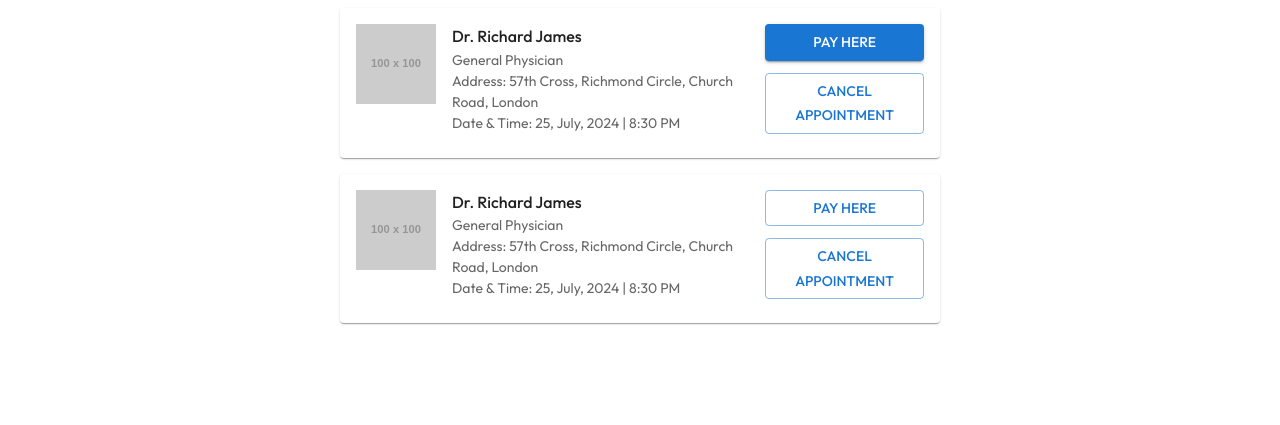
Repository: Ali-Dmerdash/DEPI_GRAD
Page: /
The author's editor kept a copy of each file at every save. The page is drawn from the files as they stood at one save, then again after the next save.
The browser window is 1280 px wide. The pictures show the whole page.
The project was rebuilt for these pictures with package versions that can differ from the ones it lists, and the page was loaded fresh each time. Also part of the build but not shown: vite.config.ts.

Above is the page before, as saved 2024-10-08 20:39:13.

### src/App.tsx
import "./App.css";
import "react-router-dom";
import { library } from "@fortawesome/fontawesome-svg-core";
import { fab } from "@fortawesome/free-brands-svg-icons";
import { fas } from "@fortawesome/free-solid-svg-icons";
import { far } from "@fortawesome/free-regular-svg-icons";
import Myappointment from "./pages/myappointment";

function App() {
  return (
    <>
      <Myappointment />
    </>
  );
}

export default App;
library.add(fab, fas, far);

### src/index.css
@import url("https://fonts.googleapis.com/css2?family=Outfit:wght@100..900&display=swap");

body {
  font-family: "Outfit", sans-serif;
  color: var(--text-color);
}

:root {
  --primary-color: #07456f;
  --secondary-color: #009f9d;
  --text-color: #0f0a3c;
  --card-button-color: #ace6f6;
  --border-color: #adadad;
}

### src/App.css
@import "./App.css";

body {
  color: var(--text-color);
}

### src/pages/myappointment/index.tsx
import React from "react";
import { Box, Card, CardContent, Typography, Button } from "@mui/material";

const MyAppointment: React.FC = () => {
  return (
    <Box sx={{ maxWidth: 600, margin: "0 auto" }}>
      <Card sx={{ marginBottom: 2 }}>
        <CardContent>
          <Box display="flex" alignItems="flex-start">
            <img
              src="https://via.placeholder.com/100"
              alt="Doctor"
              style={{ width: "80px", height: "80px", marginRight: "16px" }}
            />
            <Box flexGrow={1}>
              <Typography variant="h6" fontSize="16px">
                Dr. Richard James
              </Typography>
              <Typography color="textSecondary" fontSize="14px">
                General Physician
              </Typography>
              <Typography color="textSecondary" fontSize="14px">
                Address: 57th Cross, Richmond Circle, Church Road, London
              </Typography>
              <Typography color="textSecondary" fontSize="14px">
                Date & Time: 25, July, 2024 | 8:30 PM
              </Typography>
            </Box>
            <Box
              display="flex"
              flexDirection="column"
              justifyContent="flex-end"
            >
              <Button variant="contained" color="primary">
                Pay here
              </Button>
              <Button
                variant="outlined"
                color="primary"
                sx={{ marginTop: 1.5 }}
              >
                Cancel appointment
              </Button>
            </Box>
          </Box>
        </CardContent>
      </Card>

      <Card>
        <CardContent>
          <Box display="flex" alignItems="flex-start">
            <img
              src="https://via.placeholder.com/100"
              alt="Doctor"
              style={{ width: "80px", height: "80px", marginRight: "16px" }}
            />
            <Box flexGrow={1}>
              <Typography variant="h6" fontSize="16px">
                Dr. Richard James
              </Typography>
              <Typography color="textSecondary" fontSize="14px">
                General Physician
              </Typography>
              <Typography color="textSecondary" fontSize="14px">
                Address: 57th Cross, Richmond Circle, Church Road, London
              </Typography>
              <Typography color="textSecondary" fontSize="14px">
                Date & Time: 25, July, 2024 | 8:30 PM
              </Typography>
            </Box>
            <Box
              display="flex"
              flexDirection="column"
              justifyContent="flex-end"
            >
              <Button variant="outlined" color="primary">
                Pay here
              </Button>
              <Button
                variant="outlined"
                color="primary"
                sx={{ marginTop: 1.5 }}
              >
                Cancel appointment
              </Button>
            </Box>
          </Box>
        </CardContent>
      </Card>
    </Box>
  );
};

export default MyAppointment;

Loaded but not shown: index.html (common file); src/main.tsx (common file)

After the next save:
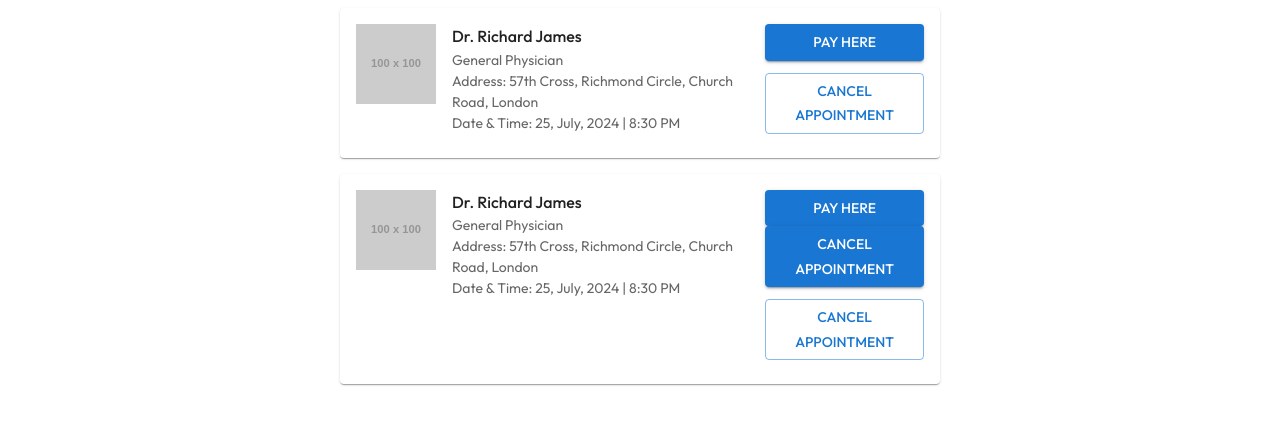
Saved 36 s later.
--- a/src/pages/myappointment/index.tsx
+++ b/src/pages/myappointment/index.tsx
@@ -73,8 +73,11 @@ const MyAppointment: React.FC = () => {
               flexDirection="column"
               justifyContent="flex-end"
             >
-              <Button variant="outlined" color="primary">
+              <Button variant="contained" color="primary">
                 Pay here
+              </Button>
+              <Button variant="contained" color="primary">
+                Cancel appointment
               </Button>
               <Button
                 variant="outlined"
